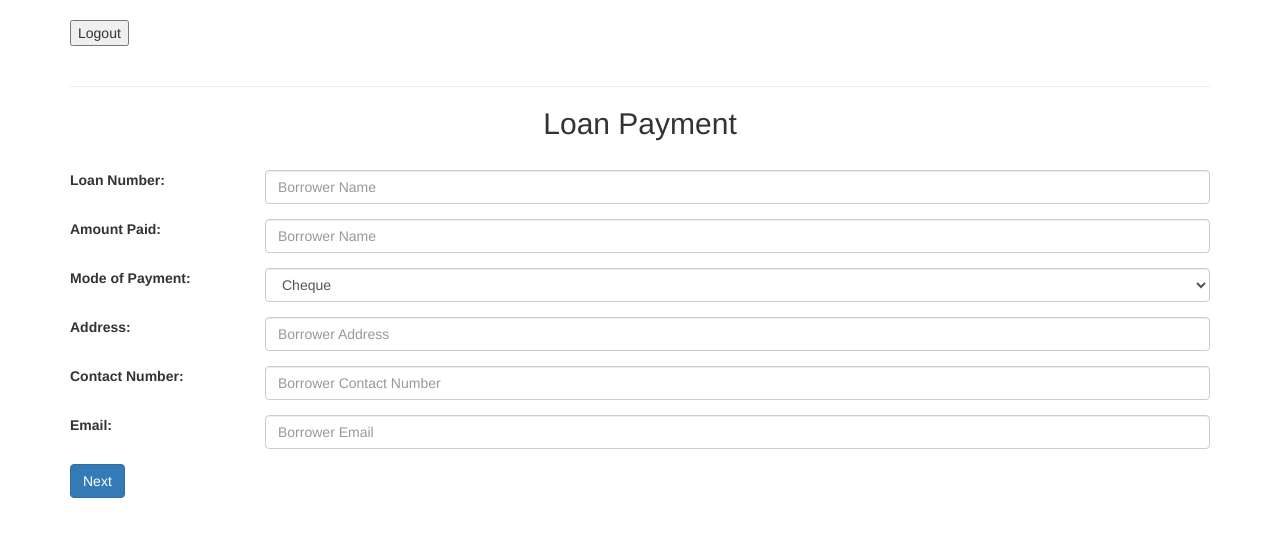
Repository: Bayvao/E-Loan-Project
Page: http://localhost/E-Loan-Project/WEB-INF/views/payment-form.jsp
An editor plug-in stored every save of this project. The page is shown before and after the next save, followed by the edit.
The browser window is 1280 px wide. The pictures show the whole page.
The page is served by Tomcat 9. Nobody is signed in. Other server files are loaded and not shown. The template is opened directly, without the code that normally fills it, so the values that code supplies are empty.

Above is the page before, as saved 2020-07-21 07:06:17.

### E-Loan-Project/src/main/webapp/WEB-INF/views/payment-form.jsp
<%@ taglib prefix="form" uri="http://www.springframework.org/tags/form"%>
<%@ taglib prefix="security"
	uri="http://www.springframework.org/security/tags"%>
<%@ taglib prefix="c" uri="http://java.sun.com/jsp/jstl/core"%>

<!DOCTYPE html>
<html lang="en">
<head>
<title>Loan Payment</title>
<meta charset="utf-8">
<meta name="viewport" content="width=device-width, initial-scale=1">
<link rel="stylesheet"
	href="https://maxcdn.bootstrapcdn.com/bootstrap/3.4.1/css/bootstrap.min.css">
<script
	src="https://ajax.googleapis.com/ajax/libs/jquery/3.5.1/jquery.min.js"></script>
<script
	src="https://maxcdn.bootstrapcdn.com/bootstrap/3.4.1/js/bootstrap.min.js"></script>

<style>
.error {
	color: red;
}

h2 {
	text-align: center;
}
</style>
</head>
<body>
	<div class="container">
		<br />

		<!-- Add a logout button -->
		<form:form action="${pageContext.request.contextPath}/logout"
			method="POST">

			<input type="submit" value="Logout" />

		</form:form>

		<!-- display user name and role -->
		<br />
		<p>

			<security:authorize access="isAuthenticated()">
        User: <security:authentication property="principal.username" />
        Role(s): <security:authentication
					property="principal.authorities" />
			</security:authorize>
		</p>

		<hr>

		<h2>Loan Payment</h2>
		<br/>
		<form:form
			action="${pageContext.request.contextPath}/pay/payLoan">

			<div class="form-group row">
				<label class="col-sm-2 col-form-label">Loan Number: </label>
				<div class="col-sm-10">
					<form:input path="bName" placeholder="Borrower Name"
						class="form-control" />
					<form:errors path="bName" cssClass="error" />
				</div>
			</div>

			<div class="form-group row">
				<label class="col-sm-2 col-form-label">Amount Paid: </label>
				<div class="col-sm-10">
					<form:input path="bName" placeholder="Borrower Name"
						class="form-control" />
					<form:errors path="bName" cssClass="error" />
				</div>
			</div>
			<div class="form-group row">

				<label class="col-sm-2 col-form-label">Mode of Payment: </label>
				<div class="col-sm-10">
					<form:select path="tIndicator" class="form-control">
						<form:option value="Tax Payer">Cheque</form:option>
						<form:option value="Not Tax Payer">Draft</form:option>

					</form:select>
				</div>
			</div>

			<div class="form-group row">
				<label class="col-sm-2 col-form-label">Address: </label>
				<div class="col-sm-10">
					<form:input path="bAddress" placeholder="Borrower Address"
						class="form-control" />
					<form:errors path="bAddress" cssClass="error" />
				</div>
			</div>

			<div class="form-group row">
				<label class="col-sm-2 col-form-label">Contact Number: </label>
				<div class="col-sm-10">
					<form:input path="bContactNo" placeholder="Borrower Contact Number"
						class="form-control" />
					<form:errors path="bContactNo" cssClass="error" />
				</div>
			</div>

			<div class="form-group row">
				<label class="col-sm-2 col-form-label">Email: </label>
				<div class="col-sm-10">
					<form:input path="bEmail" placeholder="Borrower Email"
						class="form-control" />
					<form:errors path="bEmail" cssClass="error" />
				</div>
			</div>

			<div class="form-group row">
				<div class="col-sm-10">
					<button type="submit" class="btn btn-primary">Next</button>
				</div>
			</div>
		</form:form>
	</div>
</body>
</html>

After the next save:
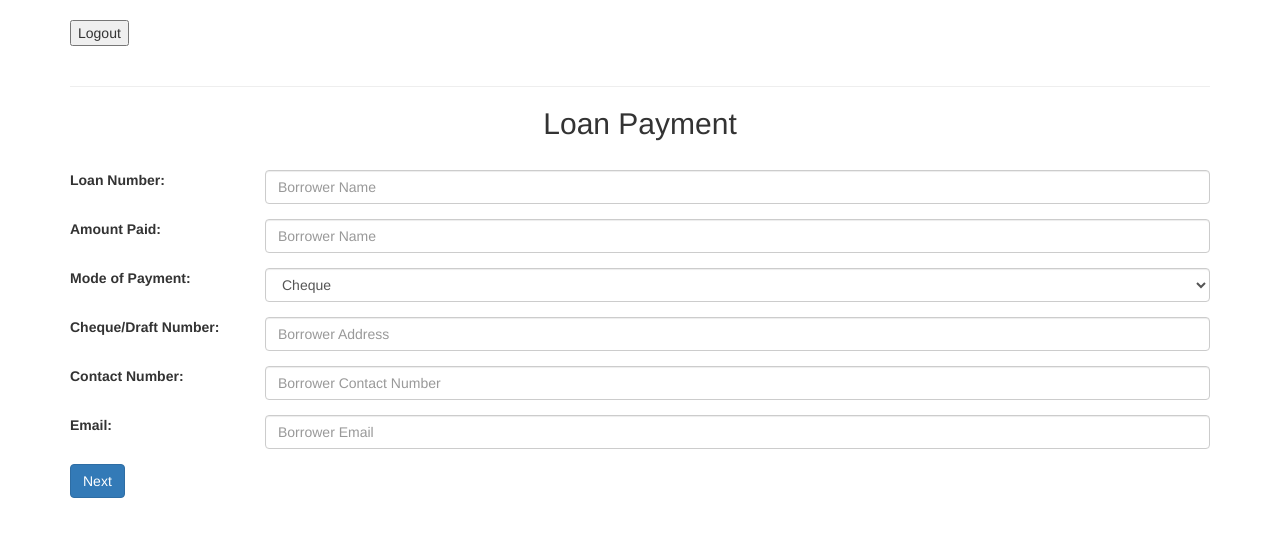
Saved 58 s later.
--- a/E-Loan-Project/src/main/webapp/WEB-INF/views/payment-form.jsp
+++ b/E-Loan-Project/src/main/webapp/WEB-INF/views/payment-form.jsp
@@ -86,7 +86,7 @@ h2 {
 			</div>
 
 			<div class="form-group row">
-				<label class="col-sm-2 col-form-label">Address: </label>
+				<label class="col-sm-2 col-form-label">Cheque/Draft Number: </label>
 				<div class="col-sm-10">
 					<form:input path="bAddress" placeholder="Borrower Address"
 						class="form-control" />
